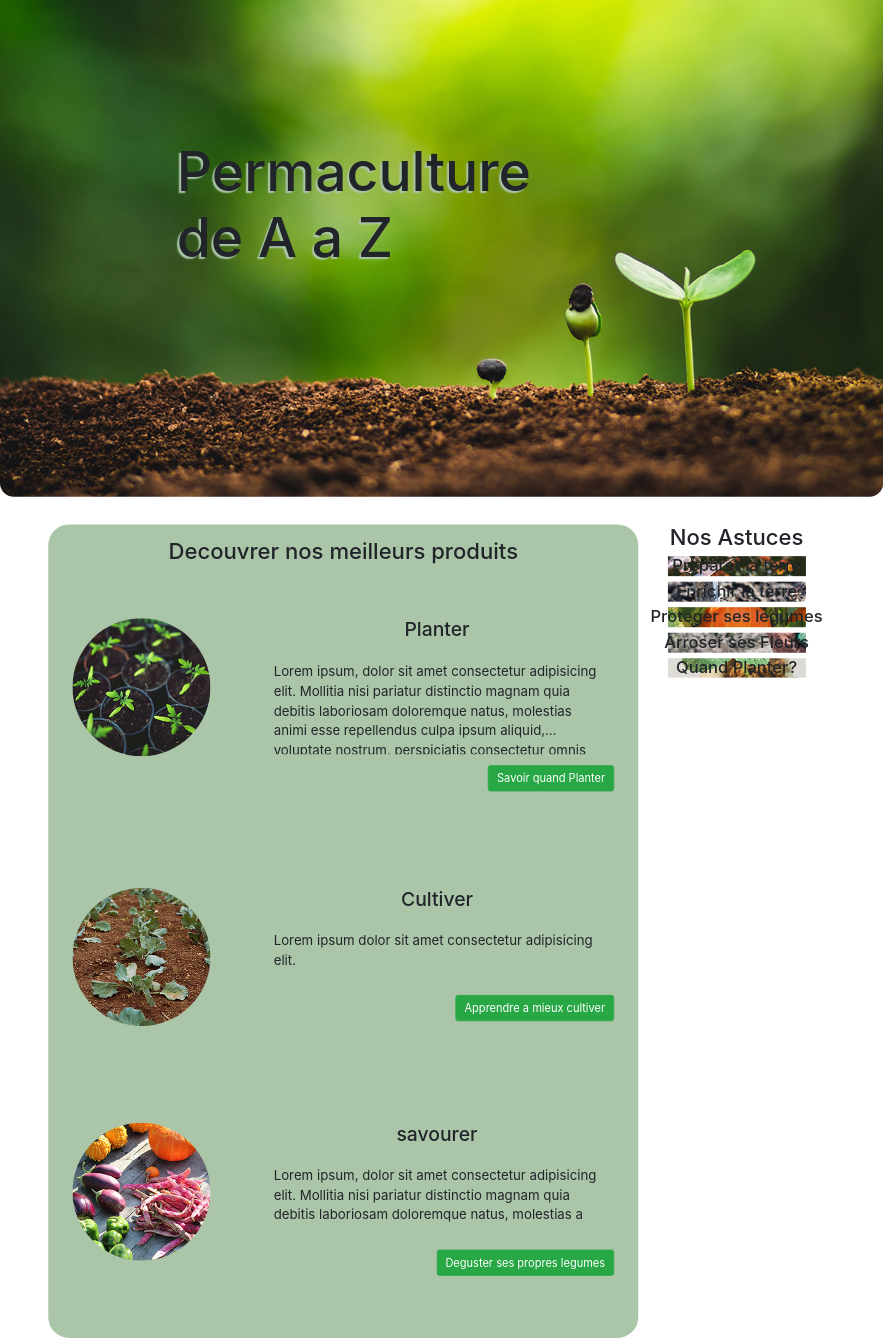
Repository: ahthionkevin/permaculture
Page: index.html
These files come from the project's save history. The page is drawn as it stood at one moment and after the next save; the edit follows.
The browser window is 1280 px wide. The pictures show the whole page, at 69% of full size.
Backgrounds fixed to the window are drawn as part of the page.

Above is the page before, as saved 2021-07-06 22:09:16.

### index.html
<!DOCTYPE html>
<html lang="fr">
<head>
    <meta charset="UTF-8">
    <meta http-equiv="X-UA-Compatible" content="IE=edge">
    <meta name="viewport" content="width=device-width, initial-scale=1.0">
    <title>Document</title>
    <link rel="stylesheet" href="./bootstrap.css">
    <link rel="stylesheet" href="./style.css">
</head>
<body>
    <header>
        <h1>Permaculture <br>de A a Z</h1>
    </header>
    <div class="container">
        <div class="row">
            <div class="col-lg-9" id="leftPart">
                <h2>Decouvrer nos meilleurs produits</h2>
                <div class="container">
                    <div class="row element">
                        <div class="col-sm-4">
                            <img src="./media/planter.jpg" alt="planter">
                        </div>
                        <div class="col-sm-8">
                            <h3>Planter</h3>
                            <p>Lorem ipsum, dolor sit amet consectetur adipisicing elit. Mollitia nisi pariatur distinctio magnam quia debitis laboriosam doloremque natus, molestias animi esse repellendus culpa ipsum aliquid, voluptate nostrum, perspiciatis consectetur omnis ipsa beatae? Debitis commodi rem voluptatum porro illo accusantium voluptas.</p>
                            <div class="bouton">
                                <button class="btn btn-success">Savoir quand Planter</button>
                            </div>

                        </div>
                    </div>

                    <div class="row element">
                        <div class="col-sm-4">
                            <img src="./media/cultiver.jpg" alt="cultiver">
                        </div>
                        <div class="col-sm-8">
                            <h3>Cultiver</h3>
                            <p>Lorem ipsum dolor sit amet consectetur adipisicing elit.</p>
                            <div class="bouton">
                                <button class="btn btn-success">Apprendre a mieux cultiver</button>
                            </div>

                        </div>
                    </div>

                    <div class="row element">
                        <div class="col-sm-4">
                            <img src="./media/savourer.jpg" alt="savourer">
                        </div>
                        <div class="col-sm-8">
                            <h3>savourer</h3>
                            <p>Lorem ipsum, dolor sit amet consectetur adipisicing elit. Mollitia nisi pariatur distinctio magnam quia debitis laboriosam doloremque natus, molestias a</p>
                            <div class="bouton">
                                <button class="btn btn-success">Deguster ses propres legumes</button>
                            </div>

                        </div>
                    </div>
                </div>
            </div>

            <div class="col-lg-3" id="rightPart">
                <h2>Nos Astuces</h2>
                <div class="tips" style="background: url(./media/preparer.jpeg) no-repeat 50% 50%;">
                    <h4>Preparer la terre</h4>
                </div>

                <div class="tips" style="background: url(./media/enrichir.jpeg) no-repeat 50% 50%;">
                    <h4>Enrichir la terre</h4>
                </div>

                <div class="tips" style="background: url(./media/proteger.jpg) no-repeat 50% 50%;">
                    <h4>Proteger ses legumes</h4>
                </div>

                <div class="tips" style="background: url(./media/arroser.jpg) no-repeat 50% 50%;">
                    <h4>Arroser ses Fleurs</h4>
                </div>

                <div class="tips" style="background: url(./media/quand-planter.jpeg) no-repeat 50% 50%;">
                    <h4>Quand Planter?</h4>
                </div>
            </div>
        </div>
    </div>

</body>
</html>

### style.css
html{
    scroll-behavior: smooth;
}

h2, h3, h4, .nav-item, #transition, footer{
    text-align: center;
}

header{
    background: url(./media/main.jpg) no-repeat fixed 50% 50%;
    background-size: cover;
    height: 100vh;
    border-radius: 0 0 20px 20px;
    margin-bottom: 40px;
}

h1{
    font-size: 5rem;
    padding: 200px 0 0 20%;
    text-shadow: -3px 3px 2px #abc5a9;
    animation: titre ease 3.5s;
}

@keyframes titre {
    0%{
        opacity: 0;
        transform: translate(0px,180px);
    }
    100%{
        opacity: 1;
        transform: translate(0px,0px);
    }
}


/* *******************LEFT PART***************** */
#leftPart{
    background-color: #abc5a9;
    border-radius: 30px;
    padding: 20px;
}

.element{
    padding: 70px 0;
}

.element img{
    border-radius: 50%;
    width: 200px;
}

.element p{
    font-size: 1.2rem;
    display: -webkit-box;
    -webkit-box-orient: vertical;
    -webkit-line-clamp: 4;
    overflow: hidden;
    padding: 20px;
}
.element .bouton{
    text-align: right;
    max-width: 15px 4% 0 0;
}

Loaded but not shown: bootstrap.css (library)

After the next save:
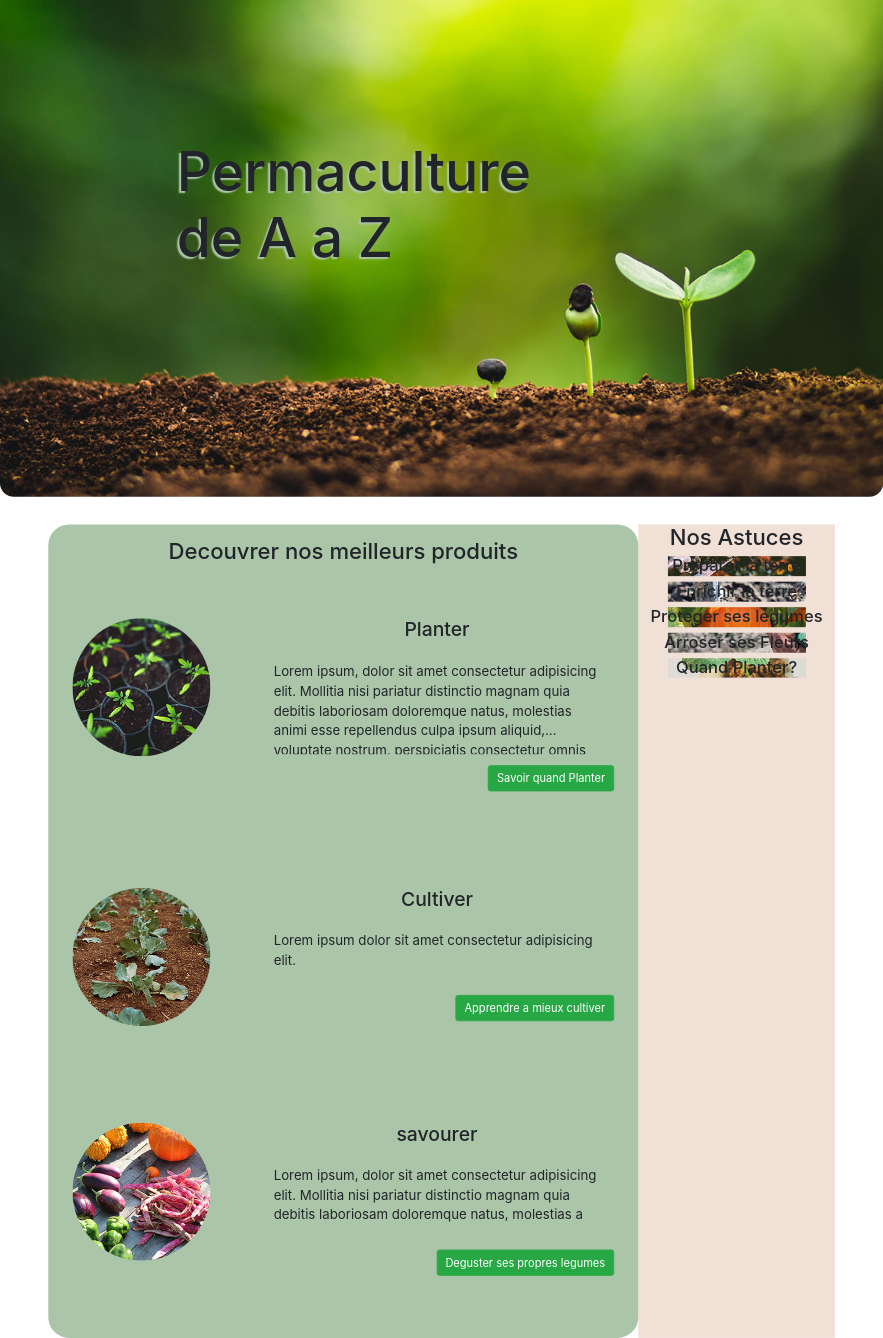
Saved 2 min 2 s later.
--- a/style.css
+++ b/style.css
@@ -61,3 +61,9 @@ h1{
     text-align: right;
     max-width: 15px 4% 0 0;
 }
+
+
+/* ***************RIGHT PART*********** */
+#rightPart{
+    background-color: #b633;
+}
